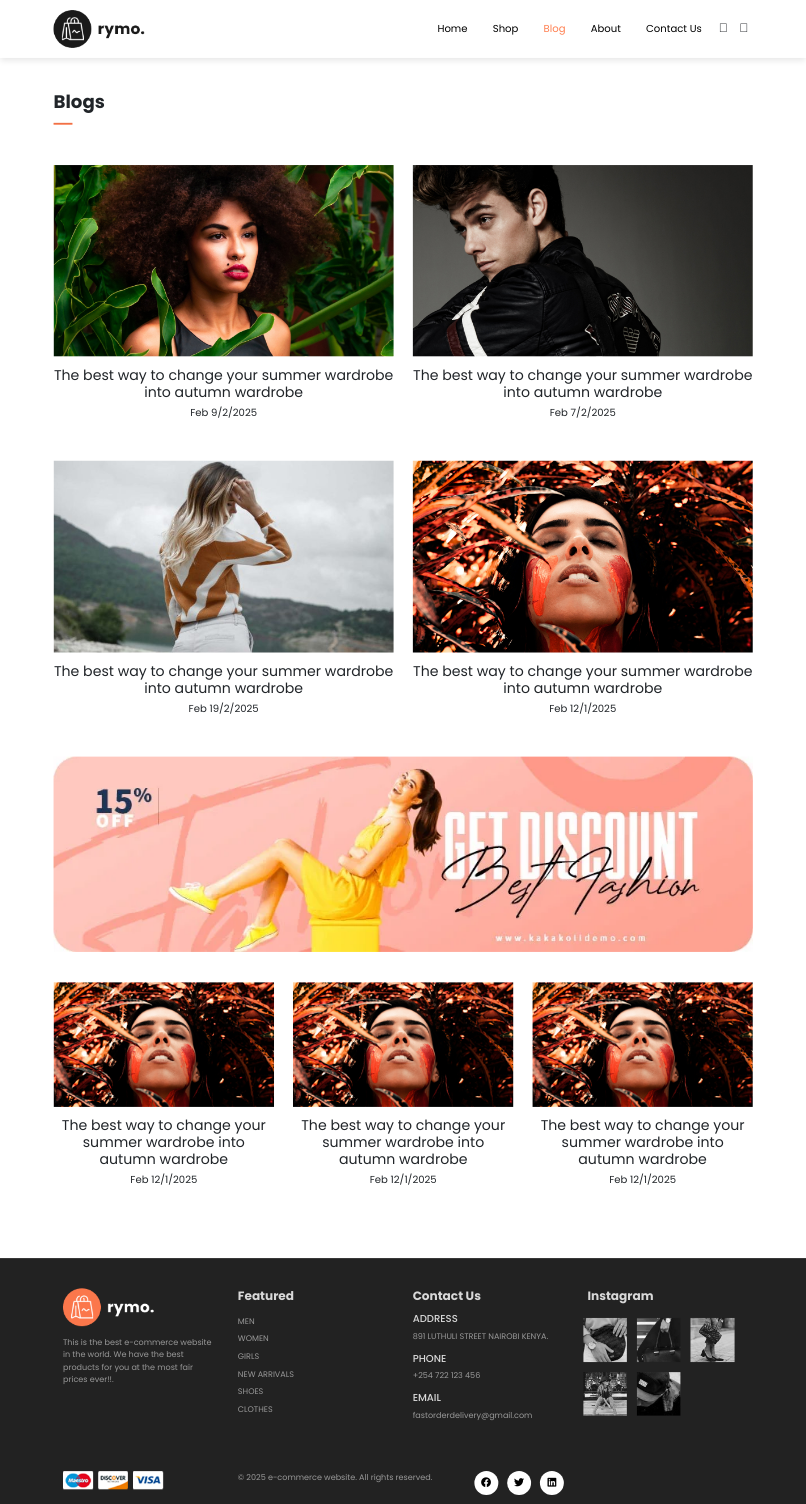
Repository: peter417waweru/e-commerce-UI
Page: blog.html
The author's editor kept a copy of each file at every save. The page is drawn from the files as they stood at one save, then again after the next save.
The browser window is 1280 px wide. The pictures show the whole page, at 63% of full size.
Some web libraries are served in a nearby version.

Above is the page before, as saved 2025-02-09 08:09:40.

After the next save:
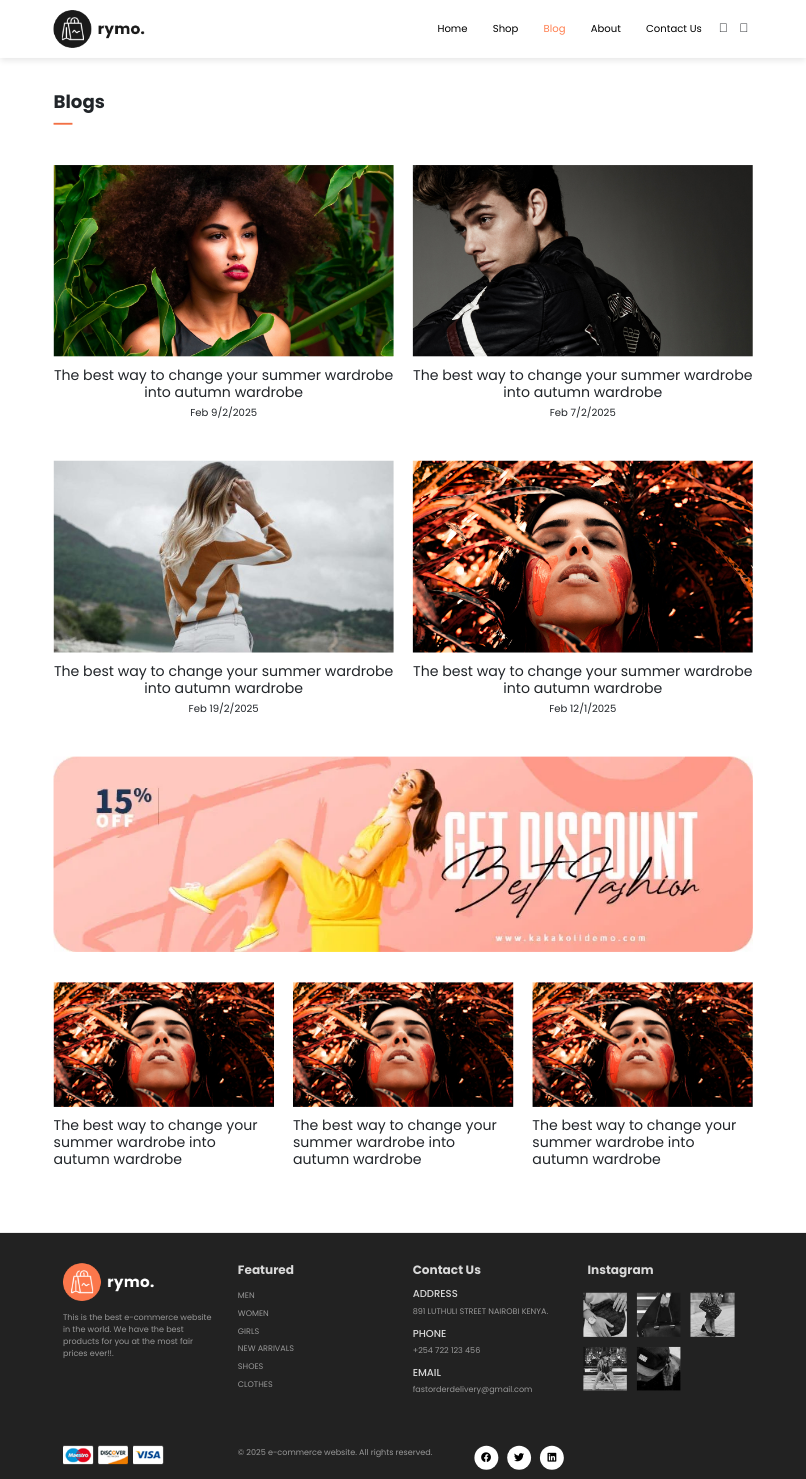
Saved 2 min 42 s later.
--- a/blog.html
+++ b/blog.html
@@ -99,22 +99,19 @@
                     <div class="blog-img">
                         <img class="img-fluid w-100" src="img/blog/4.jpg" alt="">
                     </div>
-                    <h3 class="text-center font-weight-normal pt-3">The best way to change your summer wardrobe into autumn wardrobe</h3>
-                    <p class="text-center">Feb 12/1/2025</p>
+                    <h3 class="font-weight-normal pt-3">The best way to change your summer wardrobe into autumn wardrobe</h3>
                 </div>
                 <div class="post col-lg-4 col-md-6 col-12 pb-5">
                     <div class="blog-img">
                         <img class="img-fluid w-100" src="img/blog/4.jpg" alt="">
                     </div>
-                    <h3 class="text-center font-weight-normal pt-3">The best way to change your summer wardrobe into autumn wardrobe</h3>
-                    <p class="text-center">Feb 12/1/2025</p>
+                    <h3 class="font-weight-normal pt-3">The best way to change your summer wardrobe into autumn wardrobe</h3>
                 </div>
                 <div class="post col-lg-4 col-md-6 col-12 pb-5">
                     <div class="blog-img">
                         <img class="img-fluid w-100" src="img/blog/4.jpg" alt="">
                     </div>
-                    <h3 class="text-center font-weight-normal pt-3">The best way to change your summer wardrobe into autumn wardrobe</h3>
-                    <p class="text-center">Feb 12/1/2025</p>
+                    <h3 class="font-weight-normal pt-3">The best way to change your summer wardrobe into autumn wardrobe</h3>
                 </div>
             </div>
 
